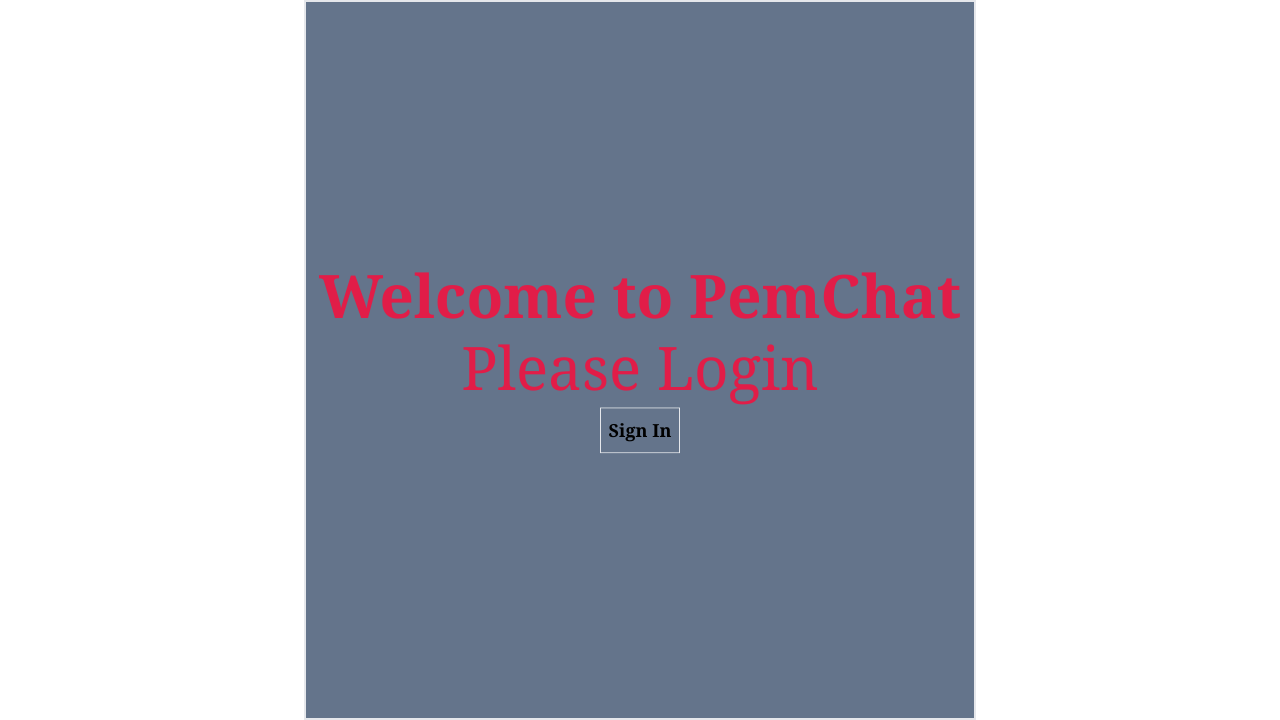
Repository: Semanmernstack/chat-mini
Page: /
The author's editor kept a copy of each file at every save. The page is drawn from the files as they stood at one save, then again after the next save.
The browser window is 1280 px wide. The pictures show the whole page.
The project was rebuilt for these pictures with package versions that can differ from the ones it lists, and the page was loaded fresh each time. Also part of the build but not shown: src/SidebarList.js, src/Sidebar.js, src/BodyHeader.js, src/Message.js, src/Body.js.

Above is the page before, as saved 2022-11-16 08:17:57.

### src/app/store.js
import { configureStore } from '@reduxjs/toolkit';
import userReducer from '../features/userSlice';
import appReducer from '../features/appSlice';

export const store = configureStore({
  reducer: {
    user: userReducer,
    app: appReducer,

  },
});

### src/App.js
import React, { useEffect } from 'react';


import Sidebar from './Sidebar';
import Body from './Body';
import { useDispatch, useSelector } from 'react-redux';
import { login, logout, selectUser } from './features/userSlice';
import Login from './Login';
import { onAuthStateChanged } from 'firebase/auth';
import { auth } from './firebase';


function App() {
  const user = useSelector(selectUser)
  const dispatch = useDispatch();

  useEffect(() =>  {
    onAuthStateChanged(auth, authuser => {
      if(authuser) {
        dispatch(login({
          uid: authuser.uid,
          displayName: authuser.displayName,
          email: authuser.email,
          photo: authuser.photoURL,
        }))
      } else {dispatch(logout())}
    })
  }, [dispatch])



  return (

    <div className="flex  items-center overflow-hidden  overflow-y-hidden sm:max-w-[560] lg:max-w-2xl    h-screen  md:max-w-[700px]    mx-auto border-2">

       {user ? (
        <>
        <div className=" flex-[0.4]  ">

        <Sidebar/>
      </div>
      <div className=" flex-[0.6] ">
        <Body/>
      </div>
      </>

       ) : (
        <Login/>
       )}
    </div>
  );
}

export default App;

### src/features/userSlice.js
import {  createSlice } from '@reduxjs/toolkit';





export const userSlice = createSlice({
  name: 'user',
  initialState: {
    user: null,
  },

  reducers: {
    login: (state, action) => {

      state.user = action.payload;
    },
    logout: (state) => {
      state.user = null;
    },

  },
})

export const { login, logout } = userSlice.actions;


export const selectUser = (state) => state.user.user;



export default userSlice.reducer;

### src/features/appSlice.js
import {  createSlice } from '@reduxjs/toolkit';





export const appSlice = createSlice({
  name: 'app',
  initialState: {
    channelId: null,
    channelName: null,
  },

  reducers: {
    setChannelInfo: (state, action) => {

      state.channelId = action.payload.channelId;
      state.channelName = action.payload.channelName;
    },



  },
})

export const { setChannelInfo } = appSlice.actions;


export const selectChannelId = (state) => state.app.channelId;
export const selectChannelName = (state) => state.app.channelName;


export default appSlice.reducer;

### src/Login.js
import { GoogleAuthProvider, signInWithPopup } from 'firebase/auth'
import React from 'react'
import { auth } from './firebase'

function Login() {

    const SignIn = () => {
        const provider = new GoogleAuthProvider()
        signInWithPopup(auth, provider)
        .then(res => {
        alert("You have succefully log in")
        }).catch((error) => alert (error.message) )
    }
  return (
    <div className="flex font-serif flex-col w-screen bg-slate-500 text-center mx-auto items-center h-screen justify-center">
        <div className=" flex flex-col items-center  text-rose-600  text-3xl md:text-4xl lg:text-6xl">
            <h1 className="font-extrabold mb-3">Welcome to PemChat</h1>
            <h2>Please Login</h2>
        </div>
        <button onClick={SignIn} className="mt-3 border p-2 font-extrabold text-lg cursor-pointer animate-bounce">Sign In</button>
    </div>
  )
}

export default Login

### src/firebase.js

import { initializeApp } from "firebase/app";
import { getAuth } from "firebase/auth";
import { getFirestore } from "firebase/firestore";
const firebaseConfig = {
  apiKey: "AIzaSyAdXaswUjs-QE-MMolXHmAvIeDrrgoGO_4",
  authDomain: "chat-mini-16fc0.firebaseapp.com",
  projectId: "chat-mini-16fc0",
  storageBucket: "chat-mini-16fc0.appspot.com",
  messagingSenderId: "267350805735",
  appId: "1:267350805735:web:5e85360687453f5203e642"
};


const app = initializeApp(firebaseConfig);
export const auth = getAuth(app)
export const db = getFirestore(app)

Loaded but not shown: public/index.html (common file); src/index.js (common file); src/reportWebVitals.js (common file); src/index.css (common file); tailwind.config.js (common file)

After the next save:
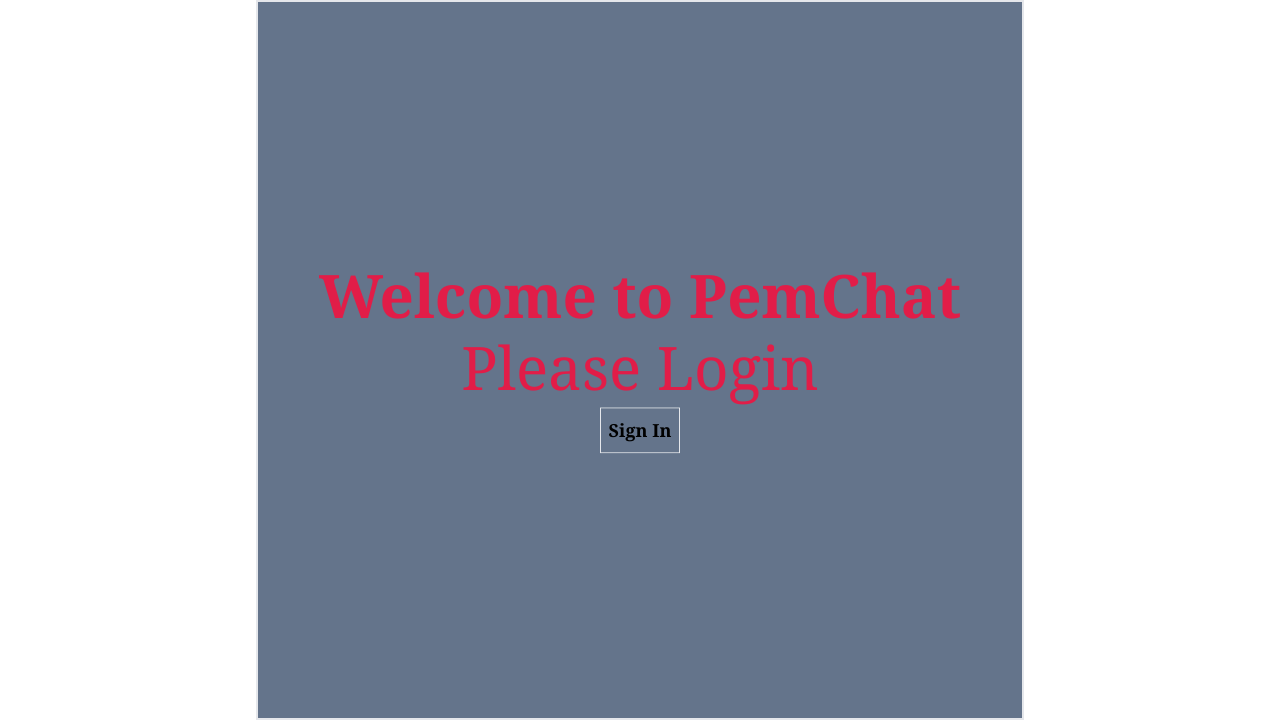
Saved 40 s later.
--- a/src/App.js
+++ b/src/App.js
@@ -31,7 +31,7 @@ function App() {
 
   return (
 
-    <div className="flex  items-center overflow-hidden  overflow-y-hidden sm:max-w-[560] lg:max-w-2xl    h-screen  md:max-w-[700px]    mx-auto border-2">
+    <div className="flex  items-center overflow-hidden  overflow-y-hidden sm:max-w-[560] lg:max-w-3xl    h-screen  md:max-w-[700px]    mx-auto border-2">
 
        {user ? (
         <>
